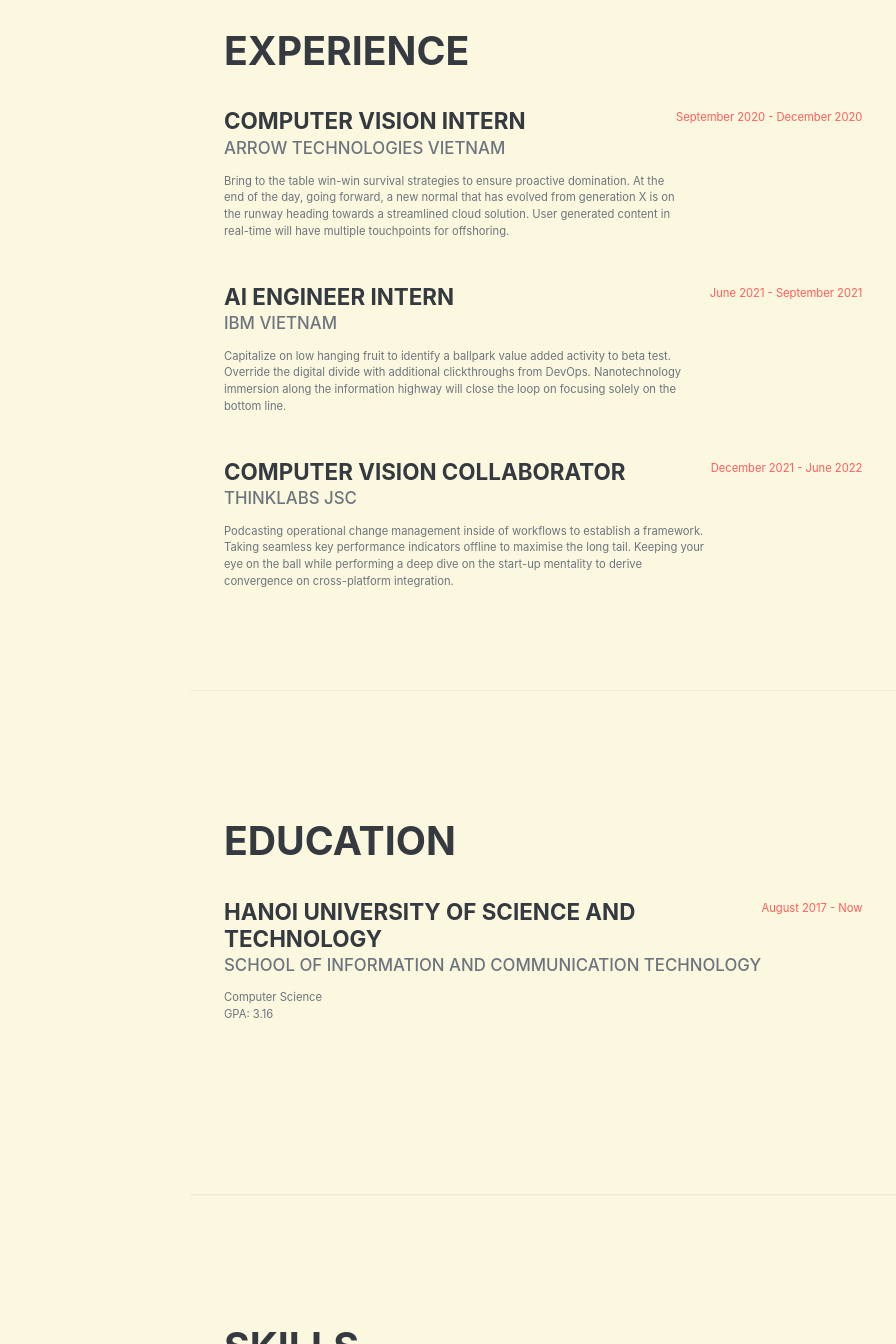
Repository: nguyenlcc/Online-CV
Page: index.html
These files come from the project's save history. The page is drawn as it stood at one moment and after the next save; the edit follows.
The browser window is 1280 px wide. The pictures show the part of the page from y = 762 to 2682 px (the page is 5352 px tall before and 5280 px after), at 70% of full size.
Some web fonts or font styles are not loaded; a fallback is used. Some web libraries are served in a nearby version.

Above is the page before, as saved 2022-05-23 01:52:39.

### index.html
<!DOCTYPE html>
<html lang="en">
  <head>
    <meta charset="utf-8" />
    <meta
      name="viewport"
      content="width=device-width, initial-scale=1, shrink-to-fit=no"
    />
    <meta name="description" content="" />
    <meta name="author" content="" />
    <title>Le Cong Nguyen</title>
    <link rel="icon" type="image/x-icon" href="assets/img/favicon.ico" />
    <!-- Font Awesome icons (free version)-->
    <script
      src="https://use.fontawesome.com/releases/v5.13.0/js/all.js"
      crossorigin="anonymous"
    ></script>
    <!-- Google fonts-->
    <link
      href="https://fonts.googleapis.com/css?family=Saira+Extra+Condensed:500,700"
      rel="stylesheet"
      type="text/css"
    />
    <link
      href="https://fonts.googleapis.com/css?family=Muli:400,400i,800,800i"
      rel="stylesheet"
      type="text/css"
    />
    <!-- Core theme CSS (includes Bootstrap)-->
    <link href="css/styles.css" rel="stylesheet" />
  </head>
  <body id="page-top">
    <!-- Navigation-->
    <nav
      class="navbar navbar-expand-lg navbar-dark bg-primary fixed-top"
      id="sideNav"
    >
      <a class="navbar-brand js-scroll-trigger" href="#page-top">
        <span class="d-block d-lg-none">LE CONG NGUYEN</span>
        <span class="d-none d-lg-block"
          ><img
            class="img-fluid img-profile rounded-circle mx-auto mb-2"
            src="assets/img/profile.jpg"
            alt=""
        /></span>
      </a>
      <button
        class="navbar-toggler"
        type="button"
        data-toggle="collapse"
        data-target="#navbarSupportedContent"
        aria-controls="navbarSupportedContent"
        aria-expanded="false"
        aria-label="Toggle navigation"
      >
        <span class="navbar-toggler-icon"></span>
      </button>
      <div class="collapse navbar-collapse" id="navbarSupportedContent">
        <ul class="navbar-nav">
          <li class="nav-item">
            <a class="nav-link js-scroll-trigger" href="#about">About</a>
          </li>
          <li class="nav-item">
            <a class="nav-link js-scroll-trigger" href="#experience"
              >Experience</a
            >
          </li>
          <li class="nav-item">
            <a class="nav-link js-scroll-trigger" href="#education"
              >Education</a
            >
          </li>
          <li class="nav-item">
            <a class="nav-link js-scroll-trigger" href="#skills">Skills</a>
          </li>
          <li class="nav-item">
            <a class="nav-link js-scroll-trigger" href="#projects">Projects</a>
          </li>
          <li class="nav-item">
            <a class="nav-link js-scroll-trigger" href="#interests"
              >Interests</a
            >
          </li>
          <li class="nav-item">
            <a class="nav-link js-scroll-trigger" href="#awards">Awards</a>
          </li>
        </ul>
      </div>
    </nav>
    <!-- Page Content-->
    <div class="container-fluid p-0">
      <!-- About-->
      <section class="resume-section" id="about">
        <div class="resume-section-content">
          <h1 class="mb-0">
            LE CONG
            <span class="text-primary">NGUYEN</span>
          </h1>
          <div class="subheading mb-5">
            <i class="fas fa-address-card"></i>
            11/11/1999 · Male · 0904532091 ·
            <a href="mailto:name@email.com">nguyen.lc41@gmail.com</a>
            · Thinh Liet, Hoang Mai, Ha Noi
          </div>
          <p class="lead mb-5">
            I am experienced in ...
          </p>
          <div class="social-icons">
            <a class="social-icon" href="https://github.com/nguyenlecong"
              ><i class="fab fa-github"></i
            ></a>
            <a
              class="social-icon"
              href="https://www.linkedin.com/in/nguy%C3%AAn-l%C3%AA-c%C3%B4ng-0b1731233/"
            >
              <i class="fab fa-linkedin-in"></i>
            </a>
            <a class="social-icon" href="https://www.facebook.com/nguyenlc5139/"
              ><i class="fab fa-facebook-f"></i
            ></a>
          </div>
        </div>
      </section>
      <hr class="m-0" />
      <!-- Experience-->
      <section class="resume-section" id="experience">
        <div class="resume-section-content">
          <h2 class="mb-5">Experience</h2>
          <div
            class="d-flex flex-column flex-md-row justify-content-between mb-5"
          >
            <div class="flex-grow-1">
              <h3 class="mb-0">Computer Vision Intern</h3>
              <div class="subheading mb-3">Arrow Technologies Vietnam</div>
              <p>
                Bring to the table win-win survival strategies to ensure
                proactive domination. At the end of the day, going forward, a
                new normal that has evolved from generation X is on the runway
                heading towards a streamlined cloud solution. User generated
                content in real-time will have multiple touchpoints for
                offshoring.
              </p>
            </div>
            <div class="flex-shrink-0">
              <span class="text-primary">September 2020 - December 2020</span>
            </div>
          </div>
          <div
            class="d-flex flex-column flex-md-row justify-content-between mb-5"
          >
            <div class="flex-grow-1">
              <h3 class="mb-0">AI Engineer Intern</h3>
              <div class="subheading mb-3">IBM Vietnam</div>
              <p>
                Capitalize on low hanging fruit to identify a ballpark value
                added activity to beta test. Override the digital divide with
                additional clickthroughs from DevOps. Nanotechnology immersion
                along the information highway will close the loop on focusing
                solely on the bottom line.
              </p>
            </div>
            <div class="flex-shrink-0">
              <span class="text-primary">June 2021 - September 2021</span>
            </div>
          </div>
          <div
            class="d-flex flex-column flex-md-row justify-content-between mb-5"
          >
            <div class="flex-grow-1">
              <h3 class="mb-0">Computer Vision Collaborator</h3>
              <div class="subheading mb-3">ThinkLABs JSC</div>
              <p>
                Podcasting operational change management inside of workflows to
                establish a framework. Taking seamless key performance
                indicators offline to maximise the long tail. Keeping your eye
                on the ball while performing a deep dive on the start-up
                mentality to derive convergence on cross-platform integration.
              </p>
            </div>
            <div class="flex-shrink-0">
              <span class="text-primary">December 2021 - June 2022</span>
            </div>
          </div>
        </div>
      </section>
      <hr class="m-0" />
      <!-- Education-->
      <section class="resume-section" id="education">
        <div class="resume-section-content">
          <h2 class="mb-5">Education</h2>
          <div
            class="d-flex flex-column flex-md-row justify-content-between mb-5"
          >
            <div class="flex-grow-1">
              <h3 class="mb-0">HANOI UNIVERSITY OF SCIENCE AND TECHNOLOGY</h3>
              <div class="subheading mb-3">
                SCHOOL OF INFORMATION AND COMMUNICATION TECHNOLOGY
              </div>
              <div>Computer Science</div>
              <p>GPA: 3.16</p>
            </div>
            <div class="flex-shrink-0">
              <span class="text-primary">August 2017 - Now</span>
            </div>
          </div>
        </div>
      </section>
      <hr class="m-0" />
      <!-- Skills-->
      <section class="resume-section" id="skills">
        <div class="resume-section-content">
          <h2 class="mb-5">Skills</h2>
          <div class="subheading mb-3">Programming Languages & Tools</div>
          <ul class="list-inline dev-icons">
            <li class="list-inline-item"><i class="fab fa-python"></i></li>
            <li class="list-inline-item"><i class="fab fa-github"></i></li>
            <li class="list-inline-item"><i class="fab fa-github"></i></li>
          </ul>
          <div class="subheading mb-3">Workflow</div>
          <ul class="fa-ul mb-0">
            <li>
              <span class="fa-li"><i class="fas fa-check"></i></span>
              Git, Github for Teamwork
            </li>
            <li>
              <span class="fa-li"><i class="fas fa-check"></i></span>
              Cross Browser Testing & Debugging
            </li>
          </ul>
        </div>
      </section>
      <hr class="m-0" />
      <!-- Projects-->
      <section class="resume-section" id="projects">
        <div class="resume-section-content">
          <h2 class="mb-5">Projects</h2>
          <!-- <div class="subheading mb-3">Programming Languages & Tools</div>
          <ul class="list-inline dev-icons">
            <li class="list-inline-item"><i class="fab fa-python"></i></li>
            <li class="list-inline-item"><i class="fab fa-github"></i></li>
            <li class="list-inline-item"><i class="fab fa-github"></i></li>
          </ul>
          <div class="subheading mb-3">Workflow</div>
          <ul class="fa-ul mb-0">
            <li>
              <span class="fa-li"><i class="fas fa-check"></i></span>
              Mobile-First, Responsive Design
            </li>
            <li>
              <span class="fa-li"><i class="fas fa-check"></i></span>
              Cross Browser Testing & Debugging
            </li>
          </ul>
        </div> -->
      </section>
      <hr class="m-0" />
      <!-- Interests-->
      <section class="resume-section" id="interests">
        <div class="resume-section-content">
          <h2 class="mb-5">Interests</h2>
          <p>
            Apart from being a web developer, I enjoy most of my time being
            outdoors. In the winter, I am an avid skier and novice ice climber.
            During the warmer months here in Colorado, I enjoy mountain biking,
            free climbing, and kayaking.
          </p>
          <p class="mb-0">
            When forced indoors, I follow a number of sci-fi and fantasy genre
            movies and television shows, I am an aspiring chef, and I spend a
            large amount of my free time exploring the latest technology
            advancements in the front-end web development world.
          </p>
        </div>
      </section>
      <hr class="m-0" />
      <!-- Awards-->
      <section class="resume-section" id="awards">
        <div class="resume-section-content">
          <h2 class="mb-5">Awards & Certifications</h2>
          <ul class="fa-ul mb-0">
            <li>
              <span class="fa-li"
                ><i class="fas fa-trophy text-warning"></i
              ></span>
              Silver Medal for Excellence in Mathematics on Casio Calculator in
              12th Grade
            </li>
            <li>
              <span class="fa-li"
                ><i class="fas fa-trophy text-warning"></i
              ></span>
              Consolation Prize in the Provincial Examination for Excellent
              Students in Mathematics in 12th Grade
            </li>
            <li>
              <span class="fa-li"
                ><i class="fas fa-trophy text-warning"></i
              ></span>
              Level B of Scholarships for the Term 2 of the School Year
              2020-2021, Hanoi University of Science and Technology
            </li>
            <li>
              <span class="fa-li"
                ><i class="fas fa-trophy text-warning"></i
              ></span>
              Level A of Scholarships for the Term 1 of the School Year
              2021-2022, Hanoi University of Science and Technology
            </li>
          </ul>
        </div>
      </section>
    </div>
    <!-- Bootstrap core JS-->
    <script src="https://cdnjs.cloudflare.com/ajax/libs/jquery/3.5.1/jquery.min.js"></script>
    <script src="https://stackpath.bootstrapcdn.com/bootstrap/4.5.0/js/bootstrap.bundle.min.js"></script>
    <!-- Third party plugin JS-->
    <script src="https://cdnjs.cloudflare.com/ajax/libs/jquery-easing/1.4.1/jquery.easing.min.js"></script>
    <!-- Core theme JS-->
    <script src="js/scripts.js"></script>
  </body>
</html>

### js/scripts.js
/*!
    * Start Bootstrap - Resume v6.0.1 (https://startbootstrap.com/template-overviews/resume)
    * Copyright 2013-2020 Start Bootstrap
    * Licensed under MIT (https://github.com/StartBootstrap/startbootstrap-resume/blob/master/LICENSE)
    */
    (function ($) {
    "use strict"; // Start of use strict

    // Smooth scrolling using jQuery easing
    $('a.js-scroll-trigger[href*="#"]:not([href="#"])').click(function () {
        if (
            location.pathname.replace(/^\//, "") ==
                this.pathname.replace(/^\//, "") &&
            location.hostname == this.hostname
        ) {
            var target = $(this.hash);
            target = target.length
                ? target
                : $("[name=" + this.hash.slice(1) + "]");
            if (target.length) {
                $("html, body").animate(
                    {
                        scrollTop: target.offset().top,
                    },
                    1000,
                    "easeInOutExpo"
                );
                return false;
            }
        }
    });

    // Closes responsive menu when a scroll trigger link is clicked
    $(".js-scroll-trigger").click(function () {
        $(".navbar-collapse").collapse("hide");
    });

    // Activate scrollspy to add active class to navbar items on scroll
    $("body").scrollspy({
        target: "#sideNav",
    });
})(jQuery); // End of use strict

Loaded but not shown: css/styles.css (library)

After the next save:
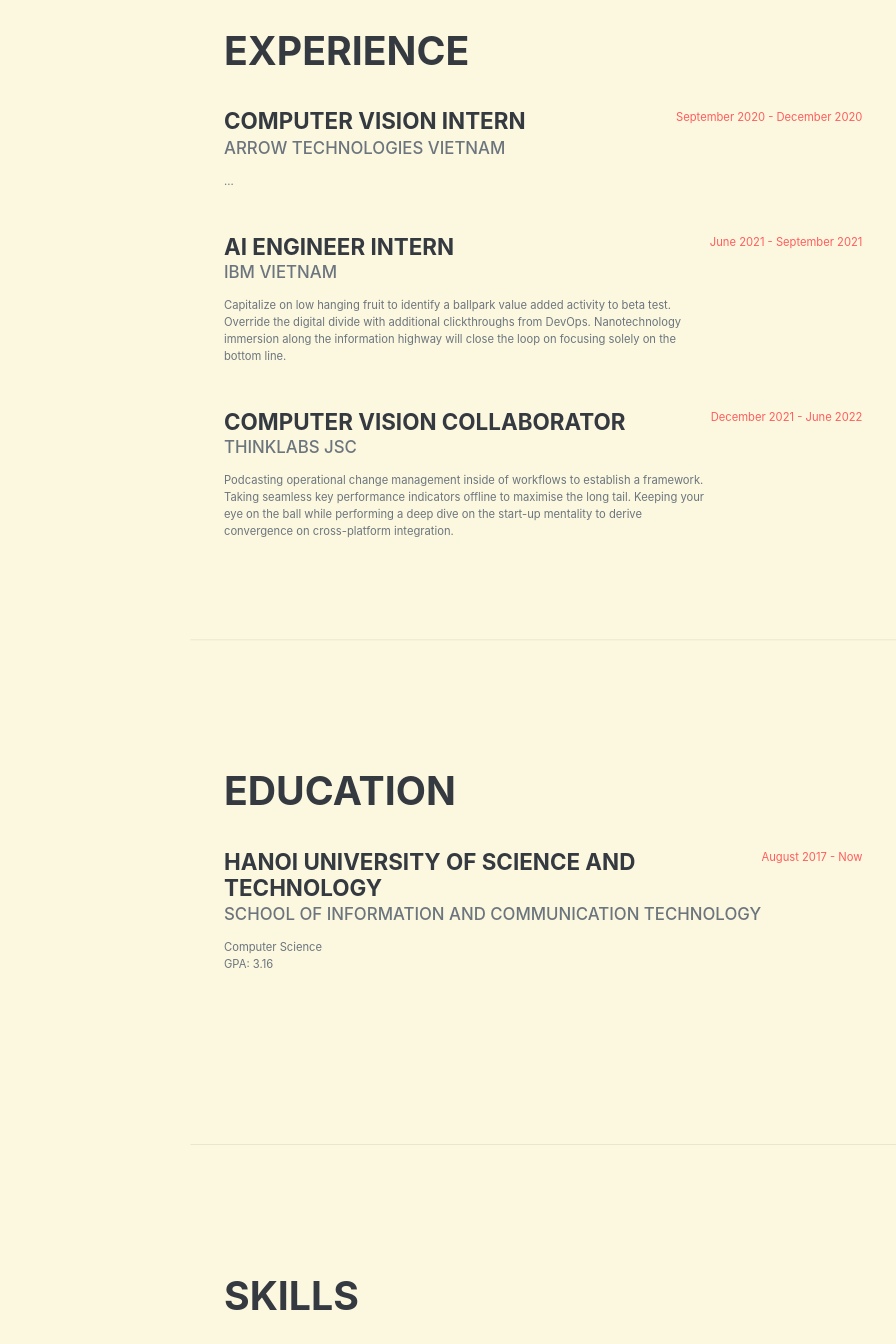
Saved 31 s later.
--- a/index.html
+++ b/index.html
@@ -133,12 +133,7 @@
               <h3 class="mb-0">Computer Vision Intern</h3>
               <div class="subheading mb-3">Arrow Technologies Vietnam</div>
               <p>
-                Bring to the table win-win survival strategies to ensure
-                proactive domination. At the end of the day, going forward, a
-                new normal that has evolved from generation X is on the runway
-                heading towards a streamlined cloud solution. User generated
-                content in real-time will have multiple touchpoints for
-                offshoring.
+                ...
               </p>
             </div>
             <div class="flex-shrink-0">
